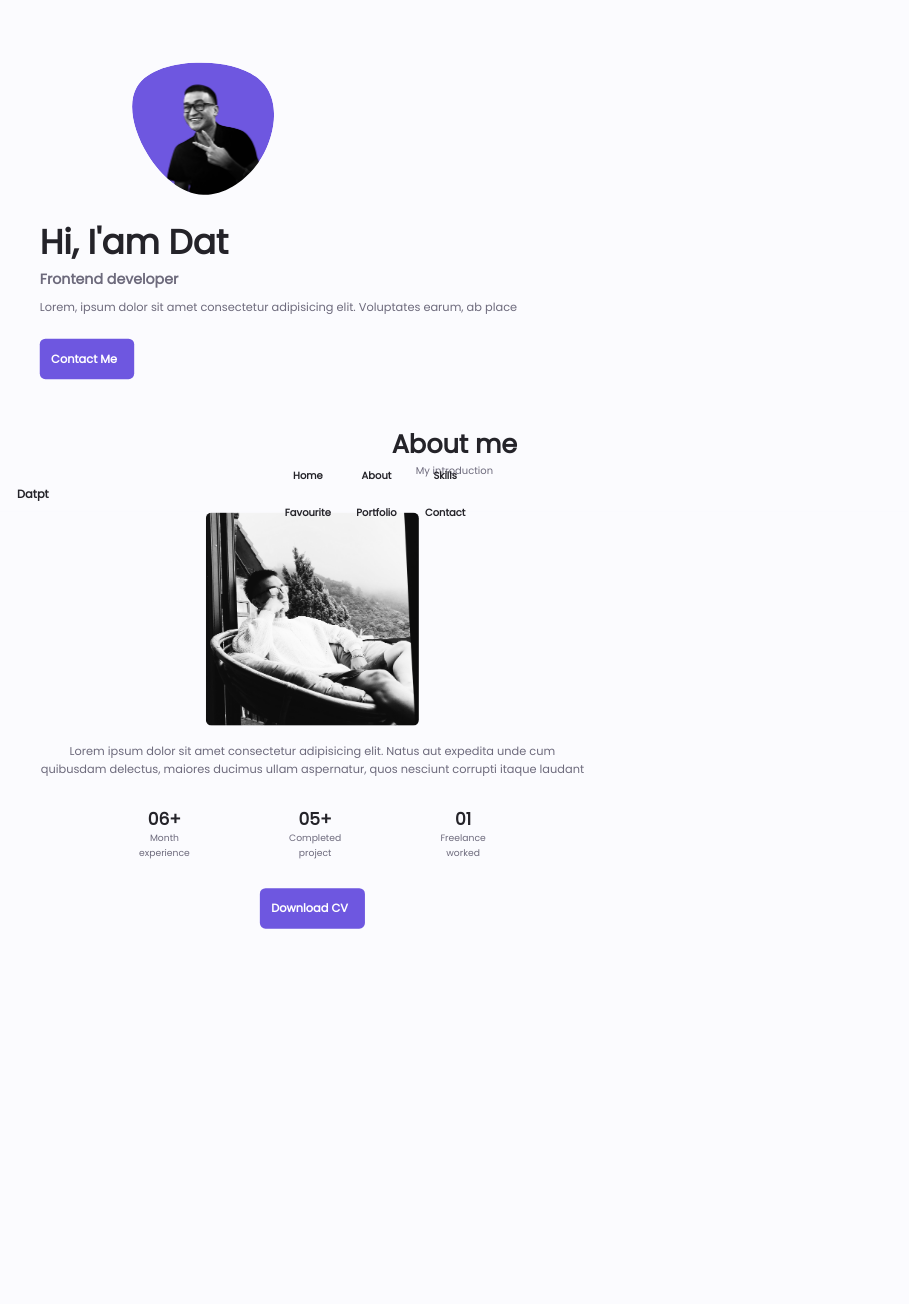
Repository: Datt21/portfolio
Page: index.html
An editor plug-in stored every save of this project. The page is shown before and after the next save, followed by the edit.
The browser window is 1280 px wide. The pictures show the whole page, at 71% of full size.
Some icons come from a web library that is not loaded, so they are not drawn.

Above is the page before, as saved 2021-07-10 16:44:52.

### index.html
<!DOCTYPE html>
<html lang="en">
<head>
    <meta charset="UTF-8">
    <meta http-equiv="X-UA-Compatible" content="IE=edge">
    <meta name="viewport" content="width=device-width, initial-scale=1.0">
    <!--============= ICONS ================  -->
    <link rel="stylesheet" href="https://unicons.iconscout.com/release/v4.0.0/css/line.css">

    <!-- ============= SWIPER CSS =============== -->
    <link rel="stylesheet" href="">

    <!-- =============== CSS ========================= -->
    <link rel="stylesheet" href="./Css/style.css">

    <title>Portfolio</title>
</head>
<body>
    <!--============================ HEADER ============================ -->
    <header class="header" id="header">
        <nav class="nav container">
            <a href="#" class="nav__logo">Datpt</a>

            <div class="nav__menu" id="nav-menu">
                <ul class="nav__list grid">
                    <li class="nav__item">
                        <a href="#home" class="nav__link">
                            <i class="uil uil-estate nav__icon"></i>Home
                        </a>
                    </li>
                    <li class="nav__item">
                        <a href="#about" class="nav__link">
                            <i class="uil uil-user nav__icon"></i>About
                        </a>
                    </li>
                    <li class="nav__item">
                        <a href="#skill" class="nav__link">
                            <i class="uil uil-file-alt nav__icon"></i>Skills
                        </a>
                    </li>
                    <li class="nav__item">
                        <a href="#fovourite" class="nav__link">
                            <i class="uil uil-books nav__icon"></i>Favourite
                        </a>
                    </li>
                    <li class="nav__item">
                        <a href="#portfolio" class="nav__link">
                            <i class="uil uil-scenery nav__icon"></i>Portfolio
                        </a>
                    </li>
                    <li class="nav__item">
                        <a href="#contact" class="nav__link">
                            <i class="uil uil-message nav__icon"></i>Contact
                        </a>
                    </li>
                </ul>
                <i class="uil uil-times nav__close" id="nav-close"></i>
            </div>

            <div class="nav__btns">
                <div class="nav__toggle" id="nav-toggle">
                    <i class="uil uil-apps"></i>
                </div>
            </div>
        </nav>
    </header>

     <!--==================== MAIN ====================-->
     <main class="main">
        <!--==================== HOME ====================-->
        <section class="home section" id="home">
            <div class="home__container container grid">
                <div class="home__content grid">
                    <div class="home__social">
                        <a href="https://www.facebook.com/profile.php?id=100043830603950" target="_blank" class="home__social-icon">
                            <i class="uil uil-facebook"></i>
                        </a>
                        <a href="https://t.me/datpt21" target="_blank" class="home__social-icon">
                            <i class="uil uil-telegram-alt"></i>
                        </a>
                        <a href="https://github.com/Datt21" target="_blank" class="home__social-icon">
                            <i class="uil uil-github-alt"></i>
                        </a>
                    </div>

                    <div class="home__img">
                        <svg class="home__blob" viewBox="0 0 200 187" xmlns="http://www.w3.org/2000/svg" xmlns:xlink="http://www.w3.org/1999/xlink">
                            <mask id="mask0" mask-type="alpha">
                                <path d="M190.312 36.4879C206.582 62.1187 201.309 102.826 182.328 134.186C163.346 165.547
                                130.807 187.559 100.226 186.353C69.6454 185.297 41.0228 161.023 21.7403 129.362C2.45775
                                97.8511 -7.48481 59.1033 6.67581 34.5279C20.9871 10.1032 59.7028 -0.149132 97.9666
                                0.00163737C136.23 0.303176 174.193 10.857 190.312 36.4879Z"/>
                            </mask>
                            <g mask="url(#mask0)">
                                <path d="M190.312 36.4879C206.582 62.1187 201.309 102.826 182.328 134.186C163.346
                                165.547 130.807 187.559 100.226 186.353C69.6454 185.297 41.0228 161.023 21.7403
                                129.362C2.45775 97.8511 -7.48481 59.1033 6.67581 34.5279C20.9871 10.1032 59.7028
                                -0.149132 97.9666 0.00163737C136.23 0.303176 174.193 10.857 190.312 36.4879Z"/>

                                <image class="home_blob-img" x='12' y='18 'xlink:href="./images/me.png"/>
                            </g>
                        </svg>

                    </div>

                    <div class="home__data">
                        <h1 class="home__title">Hi, I'am Dat</h1>
                        <h3 class="home_subtitle">Frontend developer</h3>
                        <p class="home_description">Lorem, ipsum dolor sit amet consectetur adipisicing elit.
                            Voluptates earum, ab place</p>
                        <a href="#contact" class="button button--flex">
                            Contact Me<i class="uil uil-message button__icon"></i>
                        </a>
                    </div>
                </div>

                <div class="home_scroll">
                    <a href="#about" class="home__scroll-button button--flex">
                        <i class="uil uil-mouse-alt-2 home__scroll-mouse"></i>
                        <span class="home__scroll-name">Scroll down</span>
                        <i class="uil uil-arrow-down home__scroll-arrow"></i>
                    </a>
                </div>
            </div>
        </section>

        <!--==================== ABOUT ====================-->
        <section class="about section" id="about">
            <h2 class="section__title">About me</h2>
            <span class="section__subtitle">My introduction</span>

            <div class="about__container container grid">
                <img src="./images/me2.jpg" alt="" class="about__img">

                <div class="about-data">
                    <p class="about-decription">Lorem ipsum dolor sit amet consectetur adipisicing elit.
                        Natus aut expedita unde cum quibusdam delectus, maiores ducimus ullam aspernatur, quos nesciunt corrupti itaque laudant</p>

                    <div class="about__info">
                        <div>
                            <span class="about__info-title">06+</span>
                            <span class="about__info-name">Month <br> experience</span>
                        </div>
                        <div>
                            <span class="about__info-title">05+</span>
                            <span class="about__info-name">Completed <br> project</span>
                        </div>
                        <div>
                            <span class="about__info-title">01</span>
                            <span class="about__info-name">Freelance <br> worked</span>
                        </div>
                    </div>

                    <div class="about__buttons">
                        <a download="" href="./pdf/LeTienDat_CV.pdf" class="button button--flex">
                            Download CV <i class="uil uil-download-alt button__icon"></i>
                        </a>
                    </div>
                </div>
            </div>


        </section>

        <!--==================== SKILLS ====================-->
        <section class="skills section" id="skills">


        </section>

        <!--==================== QUALIFICATION ====================-->
        <section class="qualification section">


        </section>

        <!--==================== SERVICES ====================-->
        <section class="services section" id="services">


        </section>

        <!--==================== PORTFOLIO ====================-->
        <section class="portfolio section" id="portfolio">


        </section>

        <!--==================== PROJECT IN MIND ====================-->
        <section class="project section">


        </section>

        <!--==================== TESTIMONIAL ====================-->
        <section class="testimonial section">


        </section>

        <!--==================== CONTACT ME ====================-->
        <section class="contact section" id="contact">


        </section>
    </main>

    <!--==================== FOOTER ====================-->
    <footer class="footer">


    </footer>

    <!--==================== SCROLL TOP ====================-->


    <!--==================== SWIPER JS ====================-->
    <script src=""></script>

    <!-- =================== JS ======================= -->
    <script src="./JS/main.js"></script>
</body>
</html>

### Css/style.css
/* ========================= GOOGLE FONTS ========================= */
@import url('https://fonts.googleapis.com/css2?family=Poppins&display=swap');

/*========================= VARIABLES CSS ==========================*/
:root{
    --header-height: 3rem;

    /* ---COLORS----- */
    --hue-color: 250;
    --first-color: hsl(var(--hue-color), 69%, 61%);
    --first-color-second: hsl(var(--hue-color), 69%, 61%);
    --first-color-alt: hsl(var(--hue-color), 57%, 53%);
    --first-color-lighter: hsl(var(--hue-color), 92%, 85%);
    --title-color:hsl(var(--hue-color), 8%, 15%);
    --text-color: hsl(var(--hue-color), 8%, 45%);
    --text-color-light: hsl(var(--hue-color), 8%, 65%);
    --input-color: hsl(var(--hue-color), 70%, 96%);
    --body-color: hsl(var(--hue-color), 60%, 99%);
    --container-color: #fff;

    /* --- FONT & SIZES */
    --body-font: 'Poppins', sans-serif;

    --font-semi-bold: 700;
    --font-medium: 600;

    --big-font-size: 2rem;
    --h1-font-size: 1.5rem;
    --h2-font-size: 1.25rem;
    --h3-font-size: 1.125rem;
    --normal-font-size: .938rem;
    --small-font-size: .813rem;
    --smaller-font-size: .75rem;

    /* --- MARGIN BOTTOM */
    --mb-0-25: .25rem;
    --mb-0-5: .5rem;
    --mb-0-75: .75rem;
    --mb-1: 1rem;
    --mb-1-5: 1.5rem;
    --mb-2: 2rem;
    --mb-2-5: 2.5rem;
    --mb-3: 3rem;

    /* Z INDEX */
    --z-tooltip: 10;
    --z-fixed: 100;
    --z-modal: 1000;

}

/* Font size for large devices */
@media screen and (min-width: 968px){
    :root {
        --big-font-size: 3rem;
        --h1-font-size: 2.25rem;
        --h2-font-size: 1.5rem;
        --h3-font-size: 1.25rem;
        --normal-font-size: 1rem;
        --small-font-size: .875rem;
        --smaller-font-size: .813rem;
    }

}

/*====================== Variables Dark Theme ===================  */

/*====================== Button Dark/Light  ===================  */

/*====================== BASE ========================= */
*{
    box-sizing: border-box;
    padding: 0;
    margin: 0;
}

html{
    scroll-behavior: smooth;
}

body{
    margin: 0 0 var(--header-height) 0;
    font-family: var(--body-font);
    font-size: var(--normal-font-size);
    background-color: var(--body-color);
    color: var(--text-color);
}

h1,h2,h3,h4{
    color: var(--title-color);
    font-weight: var(--font-semi-bold)
}

ul{
    list-style: none;
}

a{
    text-decoration: none;
}

img{
    max-width: 100%;
    height: auto;
}

/*========================= set section - css classes ====================  */
.section{
    padding: 2rem;
}

.section__title{
    font-size: var(--h1-font-size);
}

.section__subtitle{
    display: block;
    font-size: var(--small-font-size);
    margin-bottom: var(--mb-3);
}

.section__title,
.section__subtitle{
    text-align: center;
}

/* ===================== LAYOUT ============================== */
.container{
    max-width: 768px;
    margin-left: var(--mb-1-5);
    margin-right: var(--mb-1-5);
}

.grid{
    display: grid;
    gap: 1.5rem;
}

.header{
    width: 100%;
    position: fixed;
    bottom: 0;
    left: 0;
    z-index: var(--z-fixed);
    background-color: var(--body-color);
}

/* ===================== NAV ==================== */
.nav{
    max-width: 968px;
    height: var(--header-height);
    display: flex;
    justify-content:space-between;
    align-items: center;
}

.nav__logo,
.nav__toggle{
    color: var(--title-color);
    font-weight: var(--font-medium);
}

.nav__logo:hover{
    color: var(--first-color);
}

.nav__toggle{
    font-size: 1.1rem;
    cursor: pointer;
}

.nav__toggle:hover{
    color: var(--first-color);
}

@media screen and (max-width: 767px) {
    .nav__menu{
        position: fixed;
        bottom: -100%;
        left: 0;
        width: 100%;
        background-color: var(--body-color);
        padding: 2rem 1.5rem 4rem;
        box-shadow: 0 -1px 4px rgb(0,0,0, .15 );
        border-radius: 1.5rem 1.5rem 0 0;
        transition:0.3s;
    }
}

.nav__list{
    grid-template-columns: repeat(3,1fr);
    gap: 2rem;
}

.nav__link{
    display: flex;
    flex-direction: column;
    align-items: center;
    font-size: var(--small-font-size);
    color: var(--title-color);
    font-weight: var(--font-medium);
}

.nav__link:hover{
    color: var(--first-color);
}

.nav__icon{
    font-size: 1.2rem;
}

.nav__close{
    position: absolute;
    right: 1.3rem;
    bottom: .5rem;
    font-size: 1.5rem;
    cursor: pointer;
    color: var(--first-color);
}

.nav__close:hover{
    color: var(--first-color-alt);
}

/* -----show menu ---------- */
.show-menu{
    bottom: 0;
}

/*==================== HOME ====================*/
.home__container{
    gap: 1rem;
}

.home__content{
    grid-template-columns: .5fr 3fr;
    padding-top: 3.5rem;
    align-items: center;
}

.home__social{
    display: grid;
    grid-template-columns: max-content;
    row-gap: 1rem;
}

.home__social-icon{
    font-size: 1.25rem;
    color: var(--first-color);
}

.home__social-icon:hover{
    color: var(--first-color-alt);
    transform: scale(1.2);
}

.home__blob{
    width: 200px;
    fill: var(--first-color);
}

.home_blob-img{
    width: 170px;
}

.home__data{
    grid-column: 1/3;
}

.home__title{
    font-size: var(--big-font-size);
}

.home_subtitle{
    font-size: var(--h3-font-size);
    color: var(--text-color);
    font-weight: var(--font-medium);
    margin-bottom: var(--mb-0-75);
}

.home_description{
    margin-bottom: var(--mb-2);
}

.home_scroll{
    display: none;
}

.home__scroll-button{
    color: var(--first-color);
    transition: 0.3s;
}

.home__scroll-button:hover{
    transform: translateY(0.25rem);
}

.home__scroll-mouse{
    font-size: 2rem;
}

.home__scroll-name{
    font-size: var(--small-font-size);
    color: var(--title-color);
    font-weight: var(--font-medium);
    margin-right: var(--mb-0-25);
}

.home__scroll-arrow{
    font-size: 1.25rem;
}

/*==================== BUTTONS ====================*/
.button{
    display: inline-block;
    background-color: var(--first-color);
    color: #fff;
    padding: 1rem;
    border-radius: .5rem;
    font-weight: var(--font-medium);
}

.button:hover{
    background-color: var(--first-color-alt);
}

.button__icon{
    font-size: 1.25rem;
    margin-left: var(--mb-0-5);
    transition: 0.3s;
}

.button--flex{
    display: inline-flex;
    align-items: center;
}



/*==================== ABOUT ====================*/
.about__img{
    border-radius: .5rem;
    width: 300px;
    justify-self: center;
    align-self: center;
    height: 300px;
    object-fit: cover;
}

.about-decription{
    text-align: center;
    margin-bottom: var(--mb-2-5);
}

.about__info{
    display: flex;
    justify-content: space-evenly;
    margin-bottom: var(--mb-2-5);
}

.about__info-title{
    font-size: var(--h2-font-size);
    font-weight: var(--font-semi-bold);
    color: var(--title-color);
}

.about__info-name{
    font-size: var(--smaller-font-size);
}

.about__info-title,
.about__info-name{
    display: block;
    text-align: center;
}

.about__buttons{
    display: flex;
    justify-content: center;
}








/*==================== SKILLS ====================*/


/*==================== QUALIFICATION ====================*/


/*==================== SERVICES ====================*/


/* Active Modal */


/*==================== PORTFOLIO ====================*/


/*==================== PROJECT IN MIND ====================*/


/*==================== TESTIMONIAL ====================*/


/*==================== CONTACT ME ====================*/


/*==================== FOOTER ====================*/


/*========== SCROLL UP ==========*/


/* Show scroll */


/*========== SCROLL BAR ==========*/


/*==================== MEDIA QUERIES ====================*/
/* For small devices */


/* For medium devices */


/* For large devices */

### JS/main.js
/*================= Menu show Y hidden ================= */
const navMenu = document.getElementById('nav-menu'),
      navToggle = document.getElementById('nav-toggle'),
      navClose = document.getElementById('nav-close')

/*======== Menu show =========*/
/* validate if constant exists */
if(navToggle){
    navToggle.addEventListener('click', () =>{
        navMenu.classList.add('show-menu')
    })
}

/*======== Menu hidden =========*/
/* validate if constant exists */
if(navClose){
    navClose.addEventListener('click', () =>{
        navMenu.classList.remove('show-menu')
    })
}

/*==================== REMOVE MENU MOBILE ====================*/
const navLink = document.querySelectorAll('.nav__link')

function linkAction() {
    const navMenu = document.getElementById('nav-menu')
    //khi click vao moi link,thi menu duoc an di
    navMenu.classList.remove('show-menu')
}
navLink.forEach(n => n.addEventListener('click', linkAction))

/*==================== ACCORDION SKILLS ====================*/


/*==================== QUALIFICATION TABS ====================*/


/*==================== SERVICES MODAL ====================*/


/*==================== PORTFOLIO SWIPER  ====================*/


/*==================== TESTIMONIAL ====================*/


/*==================== SCROLL SECTIONS ACTIVE LINK ====================*/


/*==================== CHANGE BACKGROUND HEADER ====================*/


/*==================== SHOW SCROLL UP ====================*/


/*==================== DARK LIGHT THEME ====================*/

After the next save:
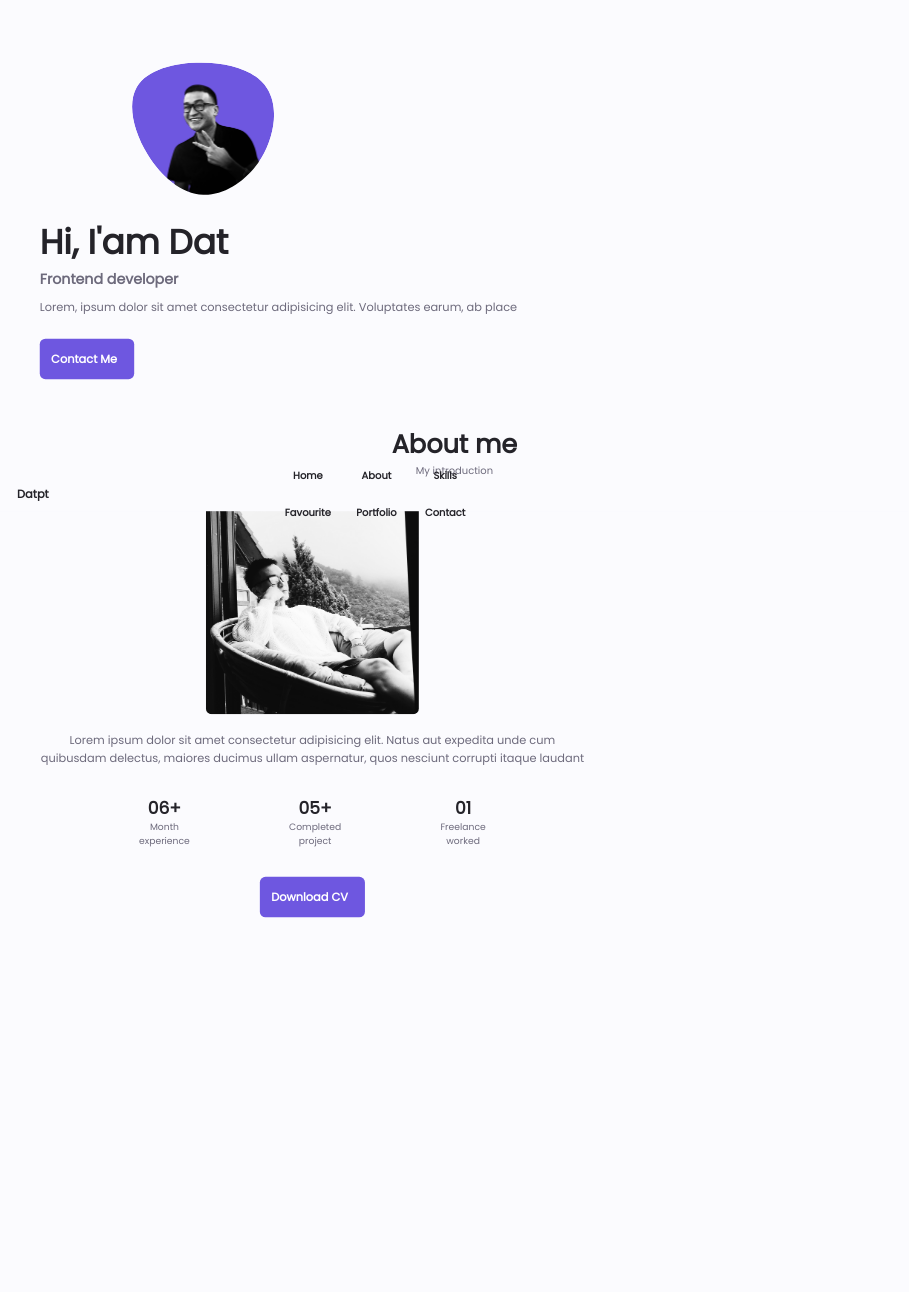
Saved 46 s later.
--- a/Css/style.css
+++ b/Css/style.css
@@ -116,7 +116,7 @@ img{
 .section__subtitle{
     display: block;
     font-size: var(--small-font-size);
-    margin-bottom: var(--mb-3);
+    margin-bottom: var(--mb-2);
 }
 
 .section__title,
